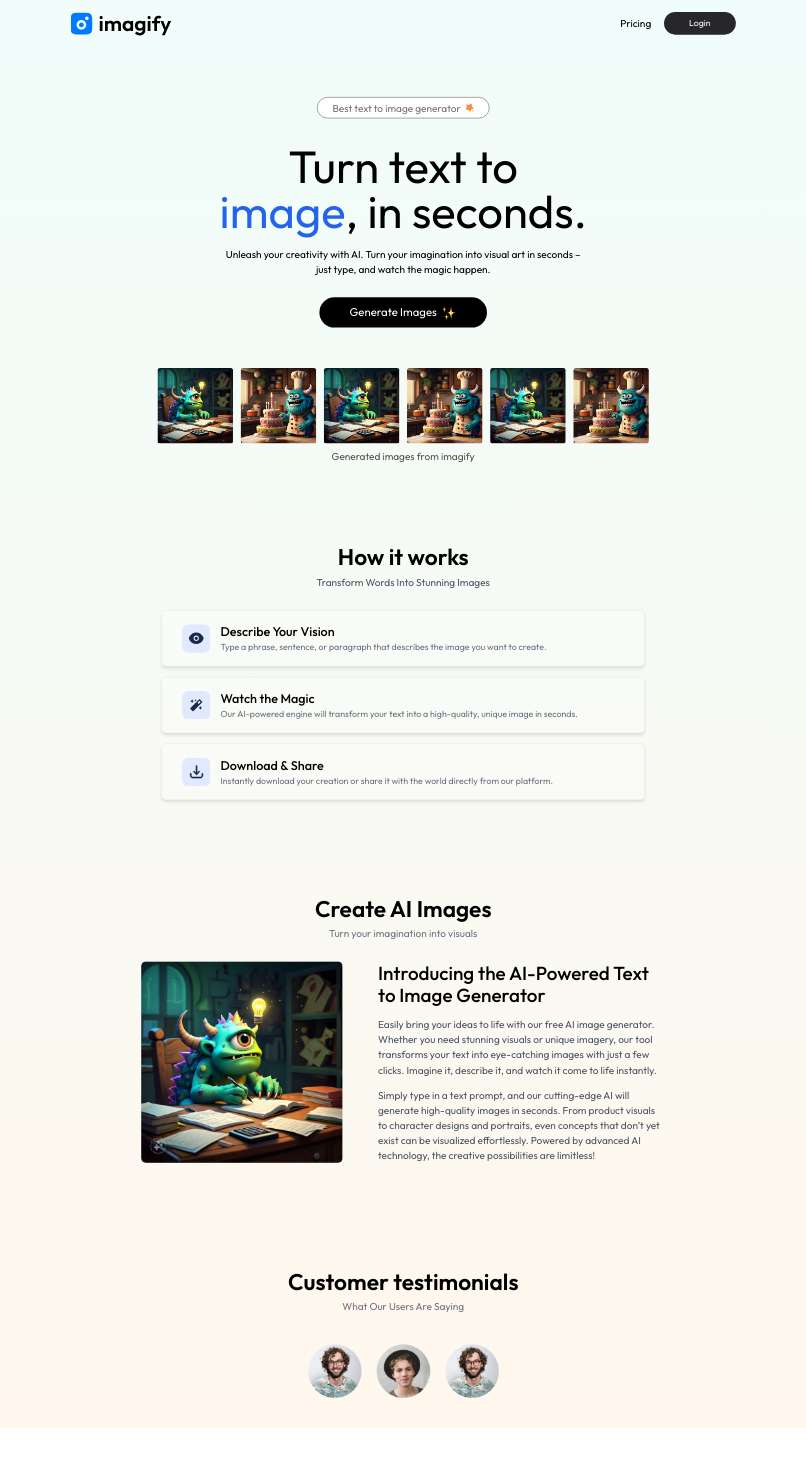
Repository: Abrammse/Abraify
Page: /
An editor plug-in stored every save of this project. The page is shown before and after the next save, followed by the edit.
The browser window is 1280 px wide. The pictures show the whole page, at 63% of full size.
The project was rebuilt for these pictures with package versions that can differ from the ones it lists, and the page was loaded fresh each time. Also part of the build but not shown: vite.config.js, src/pages/Buycredit.jsx.

Above is the page before, as saved 2024-11-25 11:58:28.

After the next save:
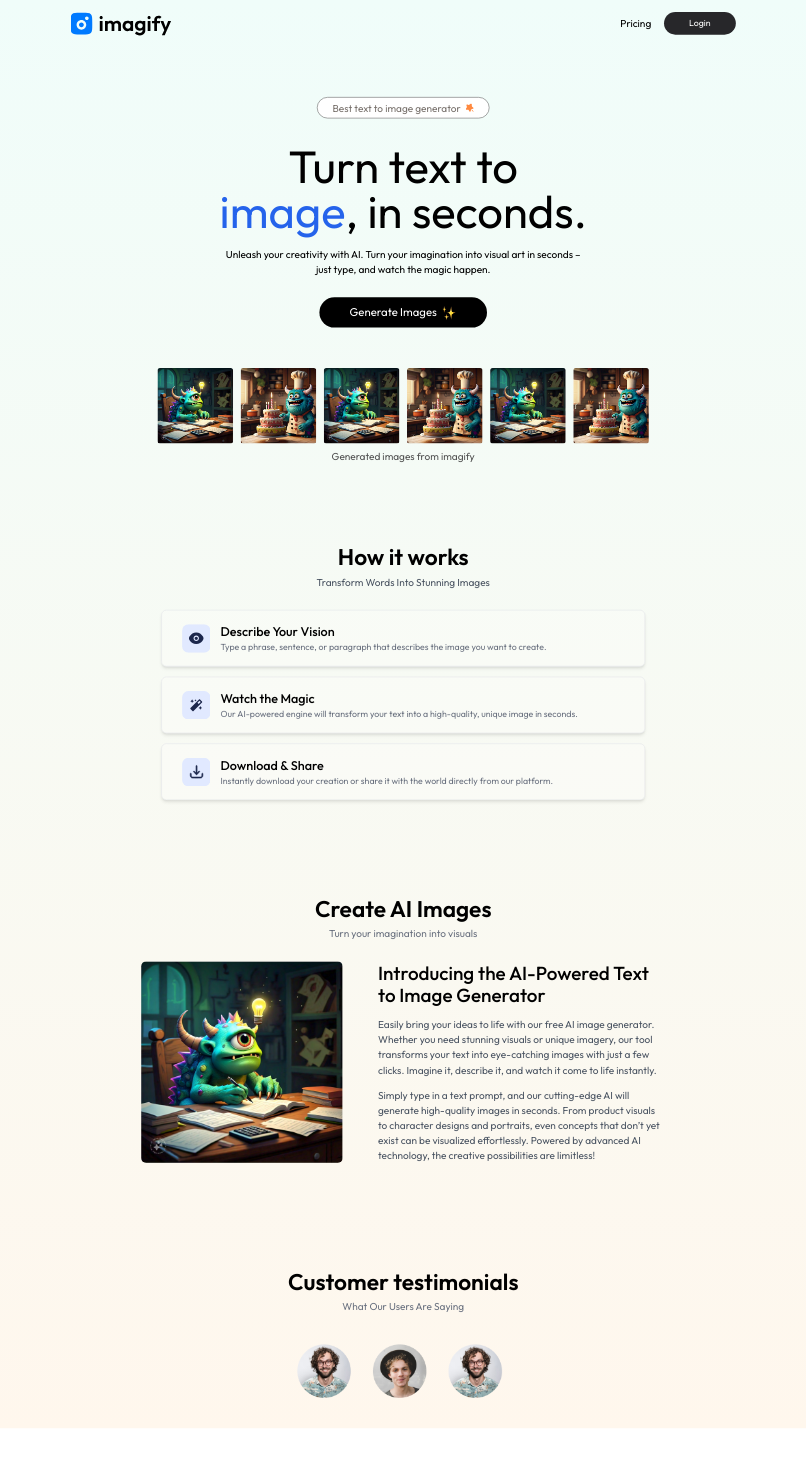
Saved 5 s later.
--- a/src/components/testimonials.jsx
+++ b/src/components/testimonials.jsx
@@ -9,7 +9,7 @@ const Testimonials = () => {
 
             <div className='flex flex-wrap gap-6 '>
         {testimonialsData.map((item,index)=>(
-            <div key={index}  className='rounded-full ' >
+            <div key={index}  className='rounded-full w-24 ' >
                 <img src={item.image} alt="" />
             <div>
                 <h2 className='text-xl  font-medium' > {item.title}</h2>
